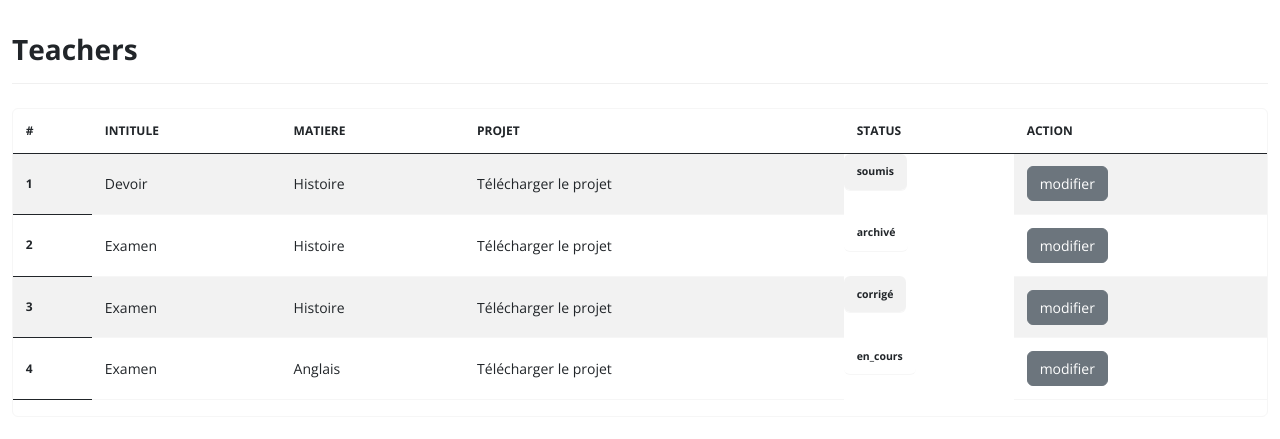
Repository: dimitri0004/Moodle
Page: http://localhost/enseignant/projet/
These files come from the project's save history. The page is drawn as it stood at one moment and after the next save; the edit follows.
The browser window is 1280 px wide. The pictures show the whole page.
The page is served by the project's application, run on Django 4.2 (manage.py). The database holds what the project's SQL file puts in it.

Above is the page before, as saved 2023-08-18 02:18:57.
Console error: TypeError: Cannot set properties of null (setting 'innerHTML')

After the next save:
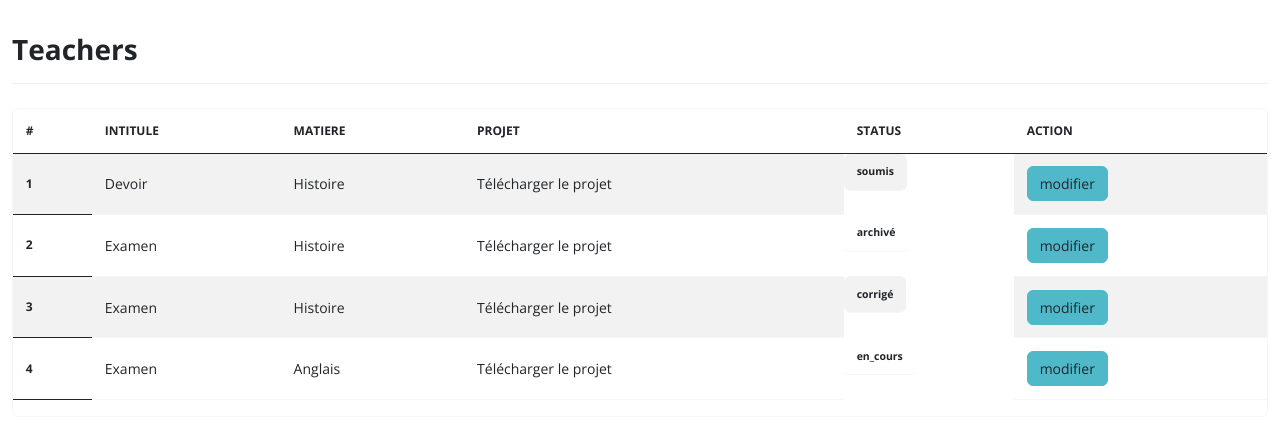
Saved 81 s later.
--- a/templates/Enseignant/Projet/index.html
+++ b/templates/Enseignant/Projet/index.html
@@ -61,7 +61,7 @@
                                 <td><a href="{{ projet.projet.url }}" download>Télécharger le projet</a>
                                 <td class="badge badge-primary">{{ projet.statut }}</td>
                                 <td>
-                                    <a href="{% url 'modifier_projet' id=projet.id %}" class="btn btn-secondary">modifier</a>
+                                    <a href="{% url 'modifier_projet' id=projet.id %}" class="btn btn-info">modifier</a>
                                 </td>
                               </tr>
                             {% endfor %}
